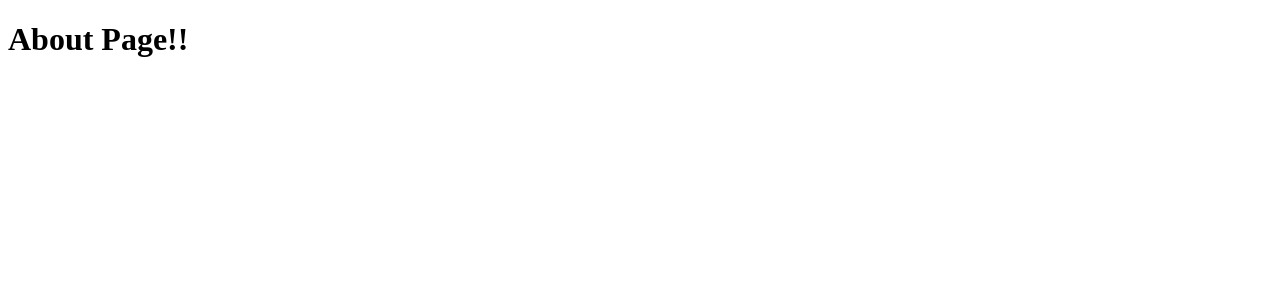
Repository: rahulsolankib/portfolio
Page: http://localhost/about/
These files come from the project's save history. The page is drawn as it stood at one moment and after the next save; the edit follows.
The browser window is 1280 px wide. The pictures show the whole page.
The page is served by the project's application, run on Django 3.2 (manage.py). Other server files are loaded and not shown.

Above is the page before, as saved 2020-10-12 01:27:29.

### startPage/templates/startPage/about.html
{% extends "startPage/base.html" %}
{% block content %}
    <h1>About Page!!</h1>
{% endblock content %}

### startPage/templates/startPage/base.html
<!DOCTYPE html>
<html>
<head>
    {% if details %}
        <title>Django - {{details.title}}</title>
    {% else %}
        <title>Django</title>
    {% endif %}
</head>
<body>
    {% block content %}{% endblock %}
</body>
</html>

### startPage/views.py
from django.shortcuts import render
from django.http import HttpResponse


details = {'title':'Portfolio Management','founders': ['Rahul Solanki', 'Niti Shah', 'Janice Shah'],'Quote':'Where there is a will there is a way' }
def home(request):
    context = {
        'details' : details,
        'title' : 'Portolio Management'
    }
    return render(request,'startPage/home.html',context)

def about(request):
    return render(request,'startPage/about.html')

### portfolio/urls.py
"""portfolio URL Configuration

The `urlpatterns` list routes URLs to views. For more information please see:
    https://docs.djangoproject.com/en/3.1/topics/http/urls/
Examples:
Function views
    1. Add an import:  from my_app import views
    2. Add a URL to urlpatterns:  path('', views.home, name='home')
Class-based views
    1. Add an import:  from other_app.views import Home
    2. Add a URL to urlpatterns:  path('', Home.as_view(), name='home')
Including another URLconf
    1. Import the include() function: from django.urls import include, path
    2. Add a URL to urlpatterns:  path('blog/', include('blog.urls'))
"""
from django.contrib import admin
from django.urls import path,include
from user import views as user_views

urlpatterns = [
    path('admin/', admin.site.urls),
    path('register/',user_views.register,name='register'),
    path('',include('startPage.urls'))
]

### startPage/urls.py
from django.urls import path
from . import views

urlpatterns = [
    path('', views.home,name="Start-Page"),
    path('about/', views.about,name="About-Page"),
]

After the next save:
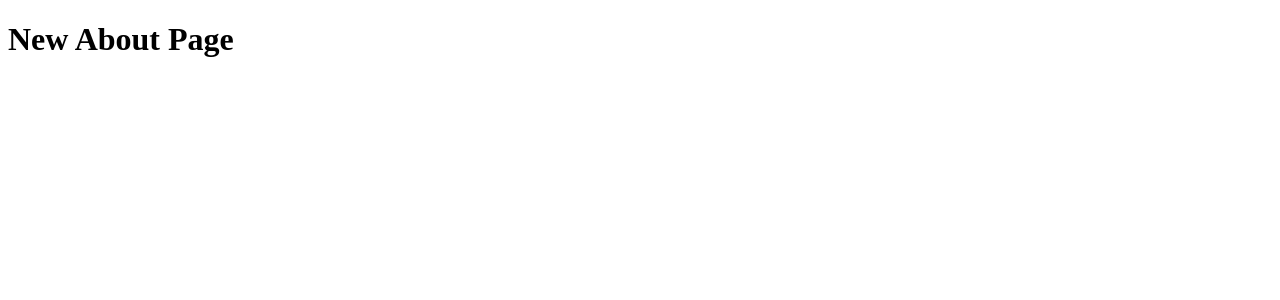
Saved 11 s later.
--- a/startPage/templates/startPage/about.html
+++ b/startPage/templates/startPage/about.html
@@ -1,4 +1,4 @@
 {% extends "startPage/base.html" %}
 {% block content %}
-    <h1>About Page!!</h1>
+    <h1>New About Page</h1>
 {% endblock content %}
